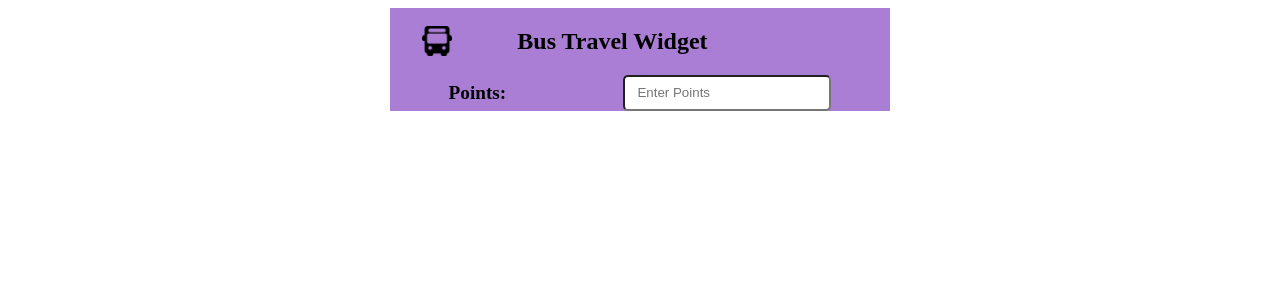
Repository: lasity34/bus_travel
Page: index.html
The author's editor kept a copy of each file at every save. The page is drawn from the files as they stood at one save, then again after the next save.
The browser window is 1280 px wide. The pictures show the whole page.

Above is the page before, as saved 2023-05-31 09:52:44.

### index.html
<!DOCTYPE html>
<html lang="en">
<head>
    <meta charset="UTF-8">
    <meta http-equiv="X-UA-Compatible" content="IE=edge">
    <meta name="viewport" content="width=device-width, initial-scale=1.0">
    <link href="./style.css" rel="stylesheet" />
    <title>Bus travel</title>
</head>
<body>
    <div class="widget_container">


    <header>
        <img src="./images/bus.png" width="30" height="30"/>
        <h2>Bus Travel Widget</h2>
    </header>
    <div class="points_container">
        <label for="points">Points:</label>
        <input type="number" name="points" id="points" placeholder="Enter Points">
    </div>
    <script src="./bus_travel_factory.js"></script>
    <script src="./bus_travel.js"></script>
</div>
</body>
</html>

### style.css


.widget_container {
   margin: 0 auto;
   display: flex;
   flex-direction: column;
   justify-content: center;
    background-color: rgb(171, 126, 213);
    width: 70%;
    max-width: 500px;
    font-weight: bold;
}

header {
    display: flex;
    align-items: center;
    justify-content: space-around;
    width: 70%;
}

.points_container {
    display: flex;
    width: 100%;
    justify-content: space-around;
    align-items: center;
}

.points_container label {
    font-size: 1.2rem;
}

.points_container input {
    border-radius: 5px;
    height: 30px;
    text-indent: 10px;
    width: 40%;
}

input[type='number']::-webkit-inner-spin-button,
input[type='number']::-webkit-outer-spin-button {
    -webkit-appearance: none;
    margin: 0;
}

input[type='number'] {
    -moz-appearance: textfield;
}

Loaded but not shown: bus_travel.js (no copy from this time; the picture is the same without it); bus_travel_factory.js (no copy from this time; the picture is the same without it)

After the next save:
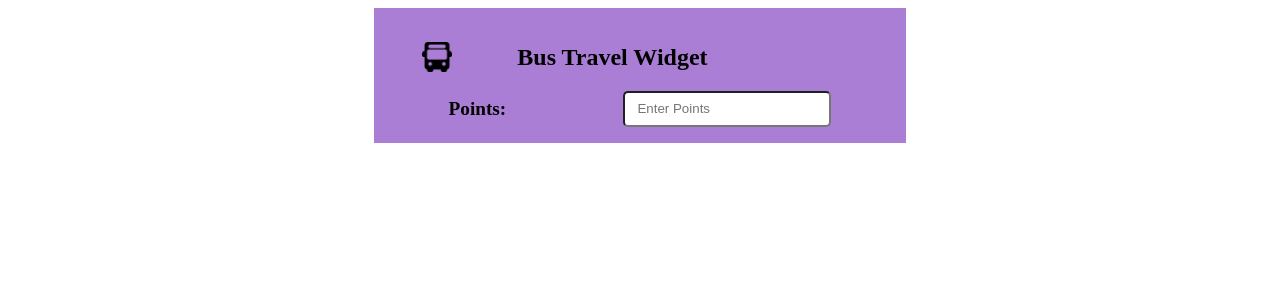
Saved 23 s later.
--- a/style.css
+++ b/style.css
@@ -9,6 +9,7 @@
     width: 70%;
     max-width: 500px;
     font-weight: bold;
+    padding: 1em;
 }
 
 header {
